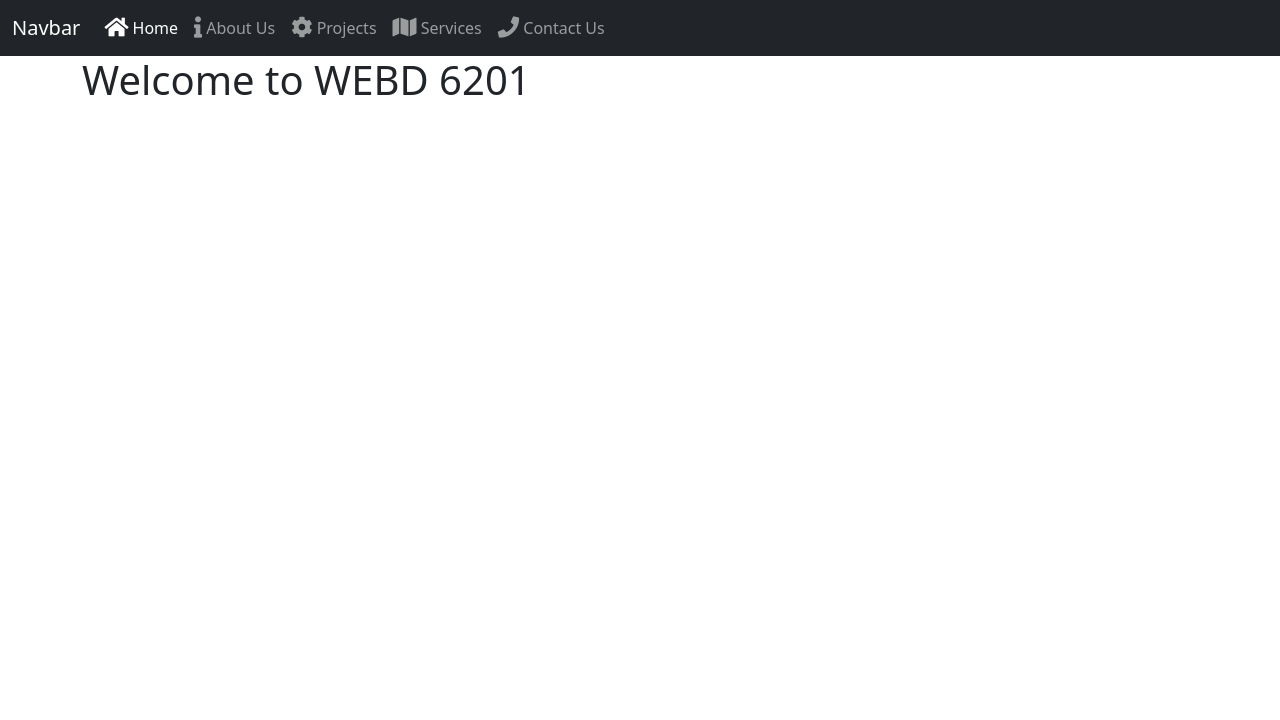
Repository: ErikHayward/WEBD6201-W2021-ICE1b
Page: index.html
An editor plug-in stored every save of this project. The page is shown before and after the next save, followed by the edit.
The browser window is 1280 px wide. The pictures show the whole page.

Above is the page before, as saved 2021-01-22 19:43:54.

### index.html
<!DOCTYPE html>
<html lang="en">
<head>
    <meta charset="UTF-8">
    <meta name="viewport" content="width=device-width, initial-scale=1.0">
    <title>WEBD6201 - W2021 - ICE 1</title>
    <!-- CSS Section -->
    <link rel="stylesheet" href="./node_modules/bootstrap/dist/css/bootstrap.min.css">
    <link rel="stylesheet" href="./node_modules/@fortawesome/fontawesome-free/css/all.min.css">
    <link rel="stylesheet" href="./Content/app.css">
</head>
<body>

    <header>
        <nav class="navbar navbar-expand-lg navbar-dark bg-dark">
            <div class="container-fluid">
              <a class="navbar-brand" href="#">Navbar</a>
              <button class="navbar-toggler" type="button" data-bs-toggle="collapse" data-bs-target="#navbarSupportedContent" aria-controls="navbarSupportedContent" aria-expanded="false" aria-label="Toggle navigation">
                <span class="navbar-toggler-icon"></span>
              </button>
              <div class="collapse navbar-collapse" id="navbarSupportedContent">
                <ul class="navbar-nav me-auto mb-2 mb-lg-0">

                  <li class="nav-item">
                    <a class="nav-link active" aria-current="page" href="#"><i class="fas fa-home fa-lg"></i> Home</a>
                  </li>

                  <li class="nav-item">
                    <a class="nav-link" aria-current="page" href="#"><i class="fas fa-info fa-lg"></i> About Us</a>
                  </li>

                  <li class="nav-item">
                    <a class="nav-link" aria-current="page" href="#"><i class="fas fa-cog fa-lg"></i> Projects</a>
                  </li>

                  <li class="nav-item">
                    <a class="nav-link" aria-current="page" href="#"><i class="fas fa-map fa-lg"></i> Services</a>
                  </li>

                  <li class="nav-item">
                    <a class="nav-link" aria-current="page" href="#"><i class="fas fa-phone fa-lg"></i> Contact Us</a>
                  </li>

                </ul>
              </div>
            </div>
          </nav>
    </header>

    <main class="container">
        <h1>Welcome to WEBD 6201</h1>
    </main>

    <footer>

    </footer>

    <!-- Script Section -->
    <script src="./node_modules/jquery/dist/jquery.min.js"></script>
    <script src="./node_modules/bootstrap/dist/js/bootstrap.bundle.min.js"></script>
    <script src="./Scripts/app.js"></script>
</body>
</html>

### Content/app.css
/* Custom CSS goes here */

### Scripts/app.js
/* Custom Java Script goes here */

// IIFE - Immediately Invoked Function Expression
// AKA - Anonymous Self-Executing Function
// Closure - limits scope leak

(function(){

    function Start(){
        console.log("App Started...");
    }

    window.addEventListener("load", Start);

})();

Loaded but not shown: node_modules/bootstrap/dist/css/bootstrap.min.css (library); node_modules/@fortawesome/fontawesome-free/css/all.min.css (library); node_modules/jquery/dist/jquery.min.js (library); node_modules/bootstrap/dist/js/bootstrap.bundle.min.js (library)

After the next save:
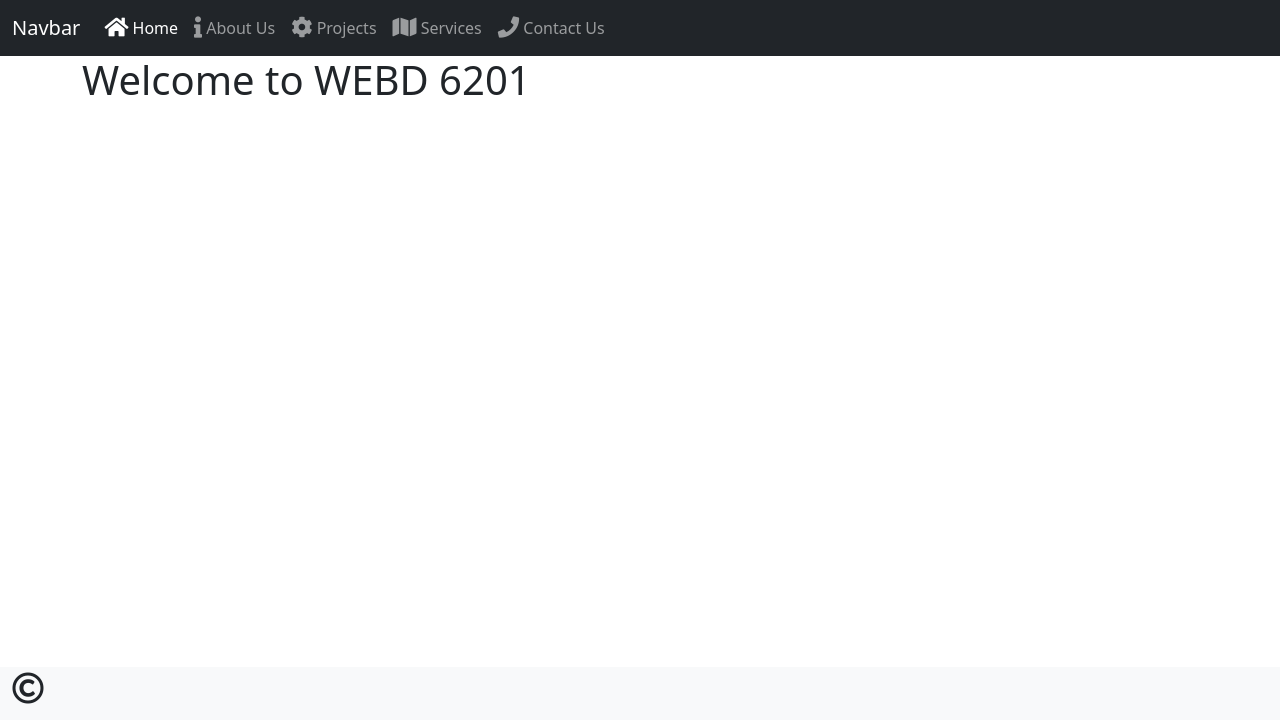
Saved 2 min 23 s later.
--- a/index.html
+++ b/index.html
@@ -52,7 +52,11 @@
     </main>
 
     <footer>
-
+        <nav class="navbar fixed-bottom navbar-light bg-light">
+            <div class="container-fluid">
+              <h4><i class="far fa-copyright fa-lg"></i></h4>
+            </div>
+          </nav>
     </footer>
 
     <!-- Script Section -->
